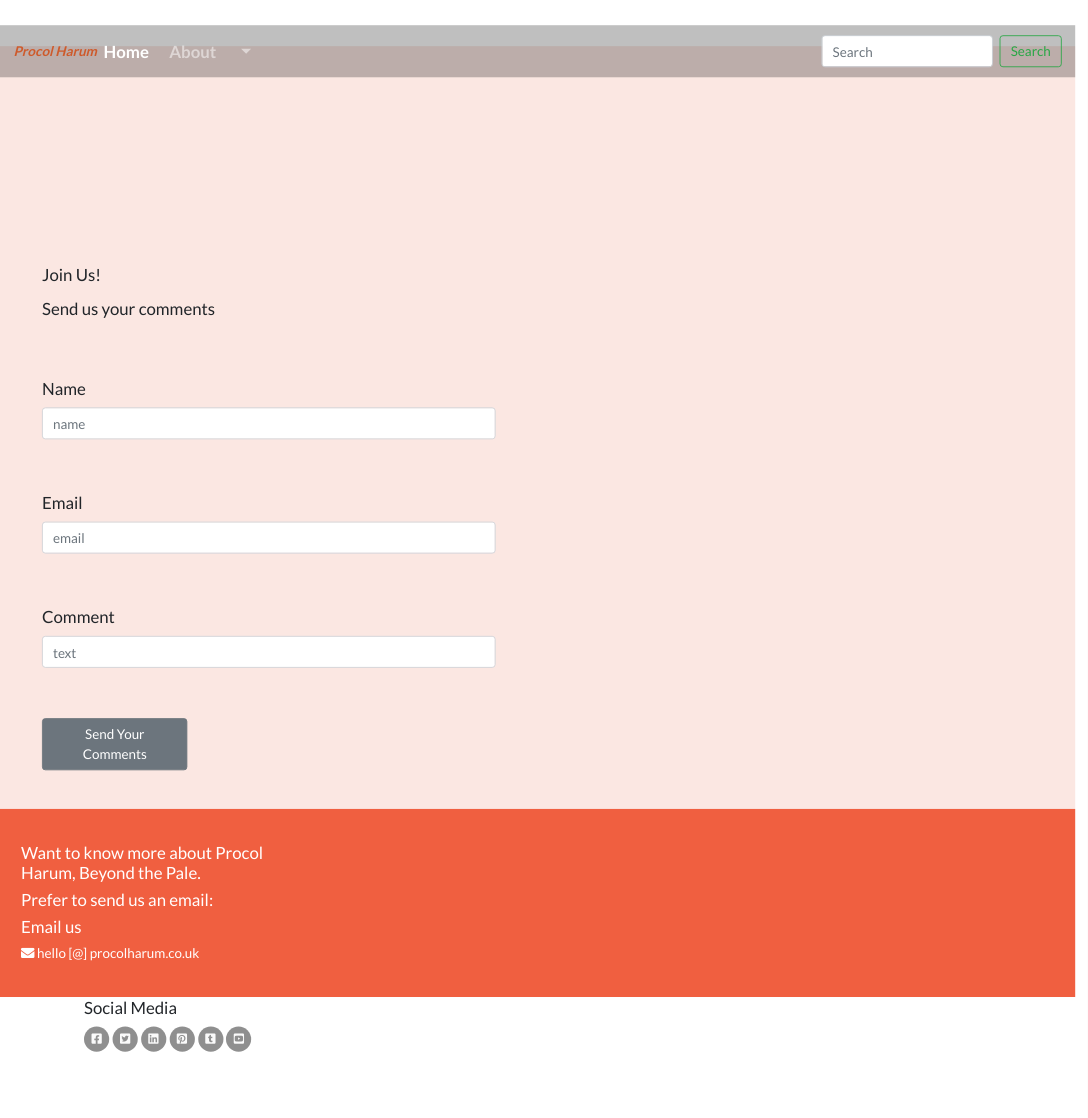
Repository: SOliv1/procol-harum-beyond-the-pale
Page: contact.html
The author's editor kept a record of every edit. The page is drawn from the files as they stood at one moment, then again after the next edit.
The browser window is 1280 px wide. The page is 1295 px wide, so the pictures cover 1295 px, including what lies to the right of the window. The pictures show the whole page, at 84% of full size.
Some web libraries are served in a nearby version.

Above is the page before.

After the next edit:
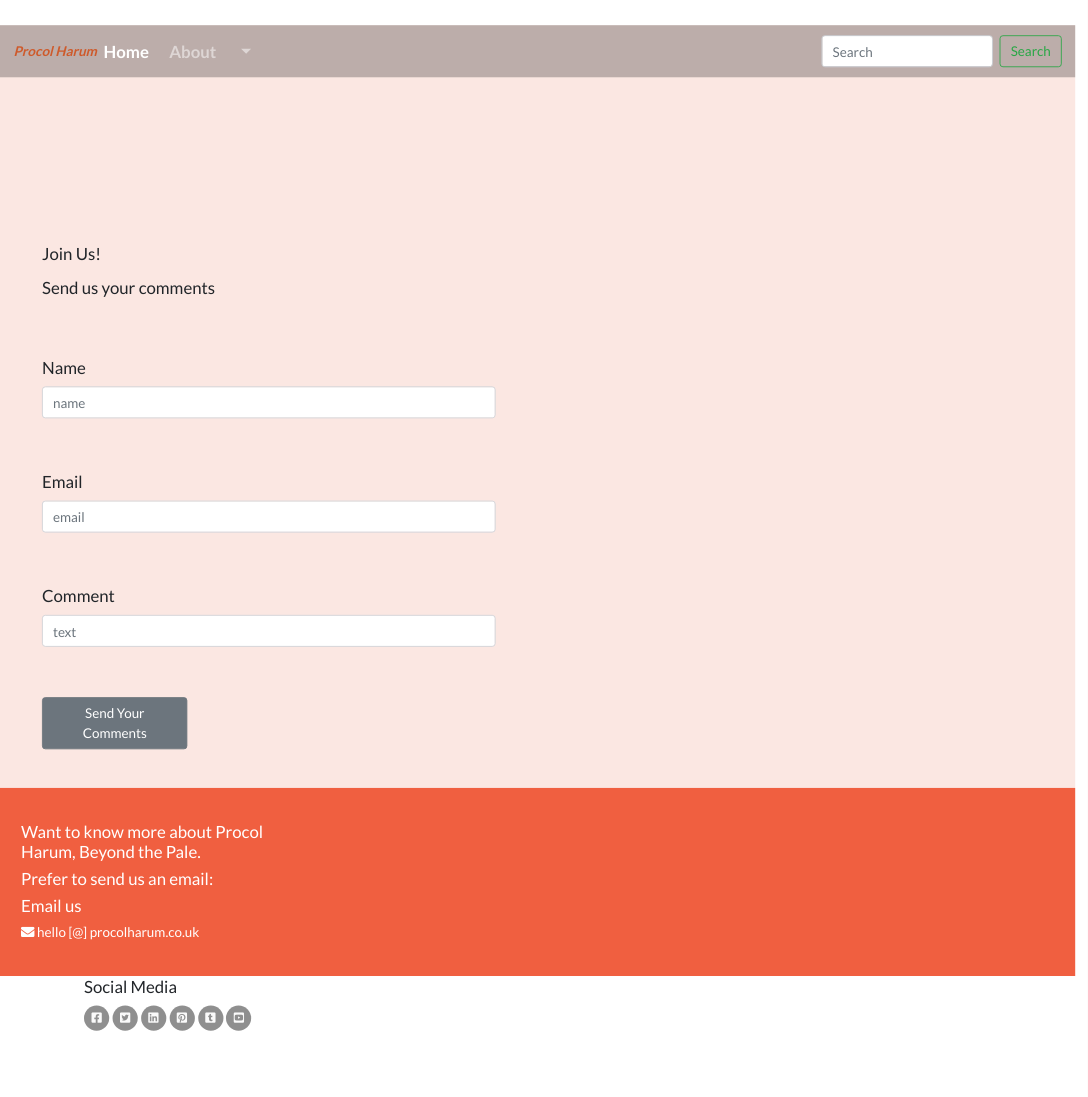
The edit:
--- a/assets/css/main.css
+++ b/assets/css/main.css
@@ -467,7 +467,6 @@
 
 body {
     font-family: 'Lato', sans-serif;
-    padding-top: 25px;
     margin-top: auto;
     padding-bottom: 3rem;
     font-size: 20px;
